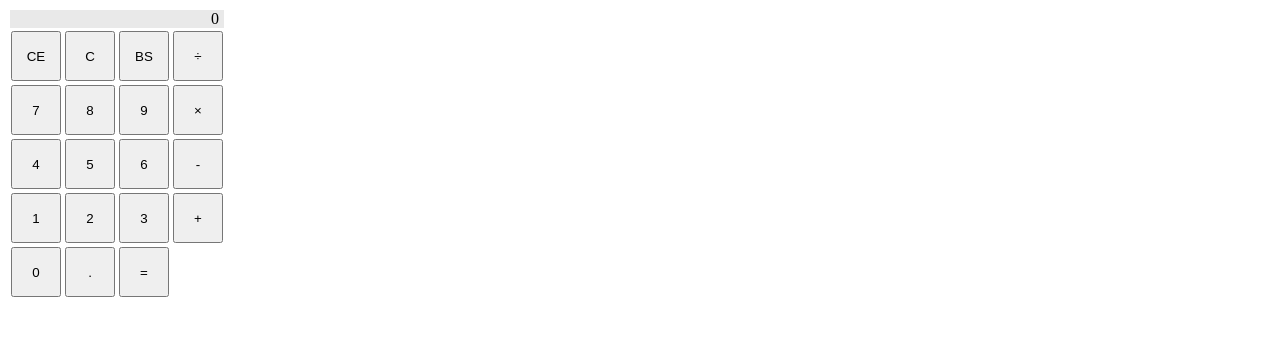
Repository: yunBibi/newlecture_jsp
Page: Test/src/main/webapp/calc3.html
The author's editor kept a copy of each file at every save. The page is drawn from the files as they stood at one save, then again after the next save.
The browser window is 1280 px wide. The pictures show the whole page.

Above is the page before, as saved 2021-12-04 07:22:52.

### Test/src/main/webapp/calc3.html
<!DOCTYPE html>
<html>
<head>
<meta charset="UTF-8">
<title>Insert title here</title>
<style>
input{
	width:50px;
	height:50px;
}
.output{
	heigt:50px;
	background: #e9e9e9;
	font-size: 24ps;
	font-style: bold;
	text-align: right;
	padding: 0px 5px;
}

</style>
</head>
<body>
	<form action="calc3" method="post">
		<table>
			<tr>
				<td class="output" colspan="4">0</td>
			</tr>
			<tr>
				<td><input type="submit" name="operator" value="CE" /></td>
				<td><input type="submit" name="operator" value="C" /></td>
				<td><input type="submit" name="operator" value="BS" /></td>
				<td><input type="submit" name="operator" value="÷" /></td>
			</tr>
			<tr>
				<td><input type="submit" name="operator" value="7" /></td>
				<td><input type="submit" name="operator" value="8" /></td>
				<td><input type="submit" name="operator" value="9" /></td>
				<td><input type="submit" name="operator" value="×" /></td>
			</tr>
			<tr>
				<td><input type="submit" name="operator" value="4" /></td>
				<td><input type="submit" name="operator" value="5" /></td>
				<td><input type="submit" name="operator" value="6" /></td>
				<td><input type="submit" name="operator" value="-" /></td>
			</tr>
			<tr>
				<td><input type="submit" name="operator" value="1" /></td>
				<td><input type="submit" name="operator" value="2" /></td>
				<td><input type="submit" name="operator" value="3" /></td>
				<td><input type="submit" name="operator" value="+" /></td>
			</tr>
			<tr>
				<td><input type="submit" name="operator" value="0" /></td>
				<td><input type="submit" name="operator" value="." /></td>
				<td><input type="submit" name="operator" value="=" /></td>
			</tr>

		</table>
	</form>
</body>
</html>

After the next save:
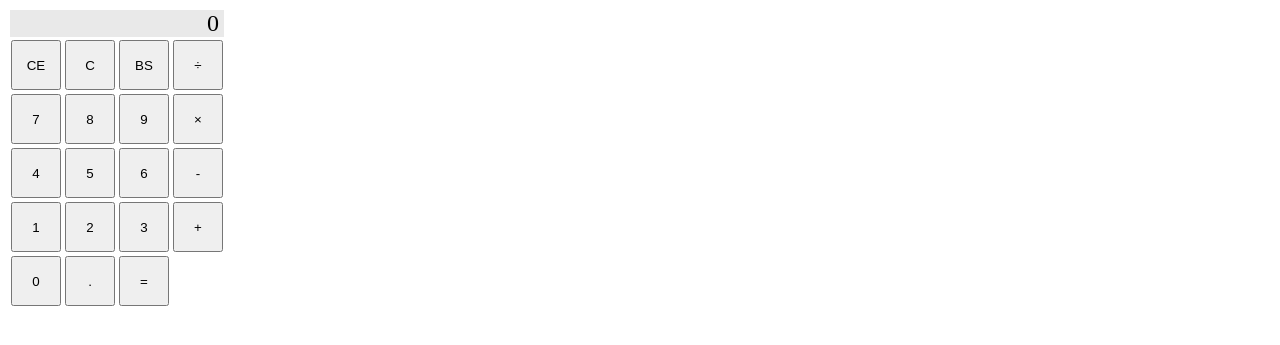
Saved 16 s later.
--- a/Test/src/main/webapp/calc3.html
+++ b/Test/src/main/webapp/calc3.html
@@ -11,7 +11,7 @@ input{
 .output{
 	heigt:50px;
 	background: #e9e9e9;
-	font-size: 24ps;
+	font-size: 24px;
 	font-style: bold;
 	text-align: right;
 	padding: 0px 5px;
